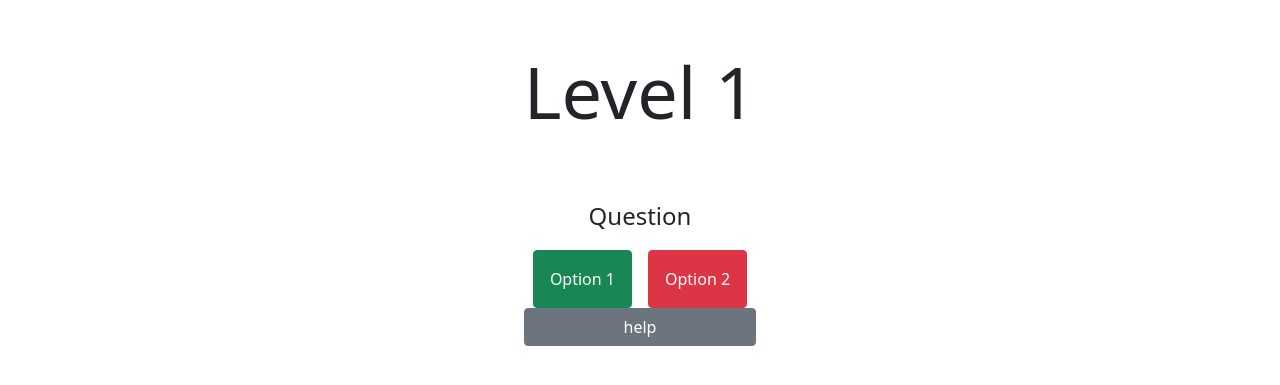
Repository: sreeramkongeseri/QuestionGame
Page: public/level1.html
These files come from the project's save history. The page is drawn as it stood at one moment and after the next save; the edit follows.
The browser window is 1280 px wide. The pictures show the whole page.
The page's requests for data from a server got no answer.

Above is the page before, as saved 2021-07-20 18:24:05.

After the next save:
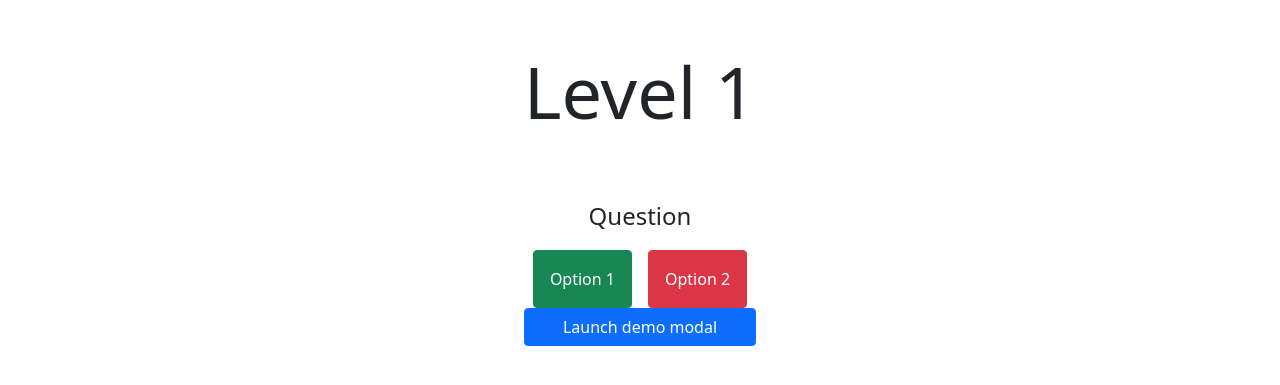
Saved 35 s later.
--- a/public/level1.html
+++ b/public/level1.html
@@ -48,22 +48,28 @@
             <a id='next' href='level2.html' role='button' class='btn btn-primary align-self-center d-none' width=50px>continue</a>
 
             <!-- Button trigger modal -->
-            <button type="button" class="btn btn-secondary" data-bs-toggle="modal" data-bs-target="#exampleModal">
-                help
+            <button type="button" class="btn btn-primary" data-bs-toggle="modal" data-bs-target="#exampleModal">
+                Launch demo modal
             </button>
-            <div class="modal" tabindex="-1">
+
+            <!-- Modal -->
+            <div class="modal fade" id="exampleModal" tabindex="-1" aria-labelledby="exampleModalLabel" aria-hidden="true">
                 <div class="modal-dialog">
-                  <div class="modal-content">
+                <div class="modal-content">
                     <div class="modal-header">
-                      <h5 class="modal-title">Help</h5>
+                    <h5 class="modal-title" id="exampleModalLabel">Modal title</h5>
+                    <button type="button" class="btn-close" data-bs-dismiss="modal" aria-label="Close"></button>
                     </div>
                     <div class="modal-body">
-                      <p>Help text goes here.</p>
+                    ...
                     </div>
-
-                  </div>
+                    <div class="modal-footer">
+                    <button type="button" class="btn btn-secondary" data-bs-dismiss="modal">Close</button>
+                    <button type="button" class="btn btn-primary">Save changes</button>
+                    </div>
                 </div>
-              </div>
+                </div>
+            </div>
 
 
         </div>
